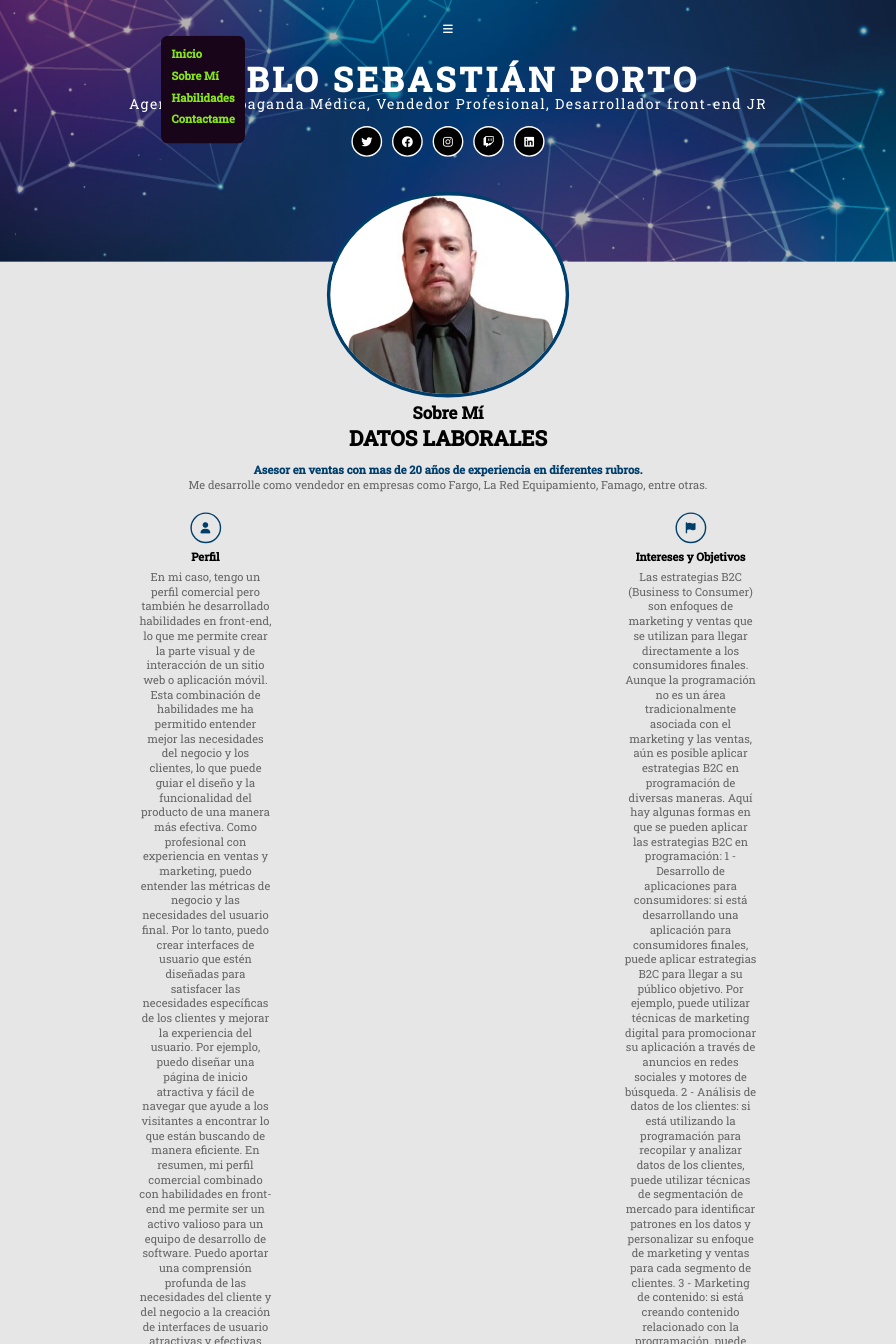
Repository: PabloSebastianPorto/Entrega-CV-1-ARG-PROG
Page: CVFINAL/CVfinal.HTML
These files come from the project's save history. The page is drawn as it stood at one moment and after the next save; the edit follows.
The browser window is 1280 px wide. The pictures show the part of the page from y = 0 to 1920 px (the page is 2924 px tall), at 70% of full size.
Some web libraries are served in a nearby version.

Above is the page before, as saved 2023-02-27 17:55:37.

### CVFINAL/CVfinal.HTML
<!DOCTYPE html>
<html lang="es">
  <head>
    <meta charset="UTF-8" />
    <meta http-equiv="X-UA-Compatible" content="IE=edge" />
    <meta name="viewport" content="width=device-width, initial-scale=1.0" />
    <title>Document</title>
    <link
      rel="stylesheet"
      href="https://cdnjs.cloudflare.com/ajax/libs/font-awesome/6.3.0/css/all.min.css"
      integrity="sha512-SzlrxWUlpfuzQ+pcUCosxcglQRNAq/DZjVsC0lE40xsADsfeQoEypE+enwcOiGjk/bSuGGKHEyjSoQ1zVisanQ=="
      crossorigin="anonymous"
      referrerpolicy="no-referrer"
    />
    <link rel="stylesheet" href="CVfinal.css" />
    <title>CV Pablo Sebastián Porto</title>
  </head>
  <body>
    <section class="inicio" id="inicio">
      <div class="contenido-seccion">
        <header>
          <div class="nav-clas"></div>
          <i class="fa-solid fa-bars"></i>
          <nav id="nav" class="nav">
            <a href="#Inicio">Inicio</a>
            <a href="#Sobre Mí">Sobre Mí</a>
            <a href="#Habilidades">Habilidades</a>
            <a href="#Contactame">Contactame</a>
          </nav>
        </header>
        <div class="info">
          <h1>PABLO SEBASTIÁN PORTO</h1>
          <h2>
            Agente de Propaganda Médica, Vendedor Profesional, Desarrollador
            front-end JR
          </h2>
          <div class="redes">
            <a href="#"><i class="fa-brands fa-twitter"></i></a>
            <a href="#"><i class="fa-brands fa-facebook"></i></a>
            <a href="#"><i class="fa-brands fa-instagram"></i></a>
            <a href="#"><i class="fa-brands fa-twitch"></i></a>
            <a href="#"><i class="fa-brands fa-linkedin"></i></a>
          </div>
        </div>
        <div class="foto">
          <img
            src="IMG/CVfoto.jpg"
            alt="Aca va una imagen, pero se la robaron"
          />
        </div>
      </div>
    </section>
    <section class="sobremi" id="sobremi">
      <div class="contenido-seccion">
        <h2 class="titulo-seccion">Sobre Mí</h2>
        <h3>Datos Laborales</h3>
        <p class="especial">
          Asesor en ventas con mas de 20 años de experiencia en diferentes
          rubros.
        </p>
        <p>
          Me desarrolle como vendedor en empresas como Fargo, La Red
          Equipamiento, Famago, entre otras.
        </p>
        <div class="fila">
          <div class="col">
            <i class="fa-solid fa-user"></i>
            <span class="titulo-detalle">Perfil</span>
            <p>
              En mi caso, tengo un perfil comercial pero también he desarrollado
              habilidades en front-end, lo que me permite crear la parte visual
              y de interacción de un sitio web o aplicación móvil. Esta
              combinación de habilidades me ha permitido entender mejor las
              necesidades del negocio y los clientes, lo que puede guiar el
              diseño y la funcionalidad del producto de una manera más efectiva.
              Como profesional con experiencia en ventas y marketing, puedo
              entender las métricas de negocio y las necesidades del usuario
              final. Por lo tanto, puedo crear interfaces de usuario que estén
              diseñadas para satisfacer las necesidades específicas de los
              clientes y mejorar la experiencia del usuario. Por ejemplo, puedo
              diseñar una página de inicio atractiva y fácil de navegar que
              ayude a los visitantes a encontrar lo que están buscando de manera
              eficiente. En resumen, mi perfil comercial combinado con
              habilidades en front-end me permite ser un activo valioso para un
              equipo de desarrollo de software. Puedo aportar una comprensión
              profunda de las necesidades del cliente y del negocio a la
              creación de interfaces de usuario atractivas y efectivas que
              satisfagan los objetivos comerciales y las necesidades de los
              usuarios finales.
            </p>
          </div>
          <div class="col">
            <i class="fa-solid fa-flag"></i>
            <span class="titulo-detalle">Intereses y Objetivos</span>
            <p>
              Las estrategias B2C (Business to Consumer) son enfoques de
              marketing y ventas que se utilizan para llegar directamente a los
              consumidores finales. Aunque la programación no es un área
              tradicionalmente asociada con el marketing y las ventas, aún es
              posible aplicar estrategias B2C en programación de diversas
              maneras. Aquí hay algunas formas en que se pueden aplicar las
              estrategias B2C en programación: 1 - Desarrollo de aplicaciones
              para consumidores: si está desarrollando una aplicación para
              consumidores finales, puede aplicar estrategias B2C para llegar a
              su público objetivo. Por ejemplo, puede utilizar técnicas de
              marketing digital para promocionar su aplicación a través de
              anuncios en redes sociales y motores de búsqueda. 2 - Análisis de
              datos de los clientes: si está utilizando la programación para
              recopilar y analizar datos de los clientes, puede utilizar
              técnicas de segmentación de mercado para identificar patrones en
              los datos y personalizar su enfoque de marketing y ventas para
              cada segmento de clientes. 3 - Marketing de contenido: si está
              creando contenido relacionado con la programación, puede aplicar
              estrategias B2C para llegar a su audiencia objetivo. Por ejemplo,
              puede utilizar técnicas de SEO para optimizar su contenido para
              los motores de búsqueda y atraer a más consumidores finales. 4 -
              Comunicación directa con los clientes: si está desarrollando
              software o aplicaciones para empresas que luego serán utilizadas
              por consumidores finales, puede aplicar estrategias B2C para
              mejorar la comunicación directa con los clientes. Por ejemplo,
              puede utilizar herramientas de chat en vivo para permitir que los
              clientes se comuniquen directamente con su equipo de soporte
              técnico. En resumen, aunque la programación no está directamente
              relacionada con el marketing y las ventas, aún es posible aplicar
              estrategias B2C en programación para llegar a los consumidores
              finales de diversas maneras.
            </p>
          </div>
        </div>
      </div>
    </section>
  </body>
</html>

### CVFINAL/CVfinal.css
@import url("https://fonts.googleapis.com/css2?family=Roboto+Slab:wght@100;200;300;400;500&display=swap");
* {
  font-family: "Roboto Slab", serif;
  margin: 0;
  padding: 0;
}
html {
  scroll-behavior: smooth;
}
.inicio {
  background: linear-gradient(rgba(0, 0, 0, 0.3), rgba(0, 0, 0, 0.3)),
    url(IMG/imagen-fondo.jpg);
  background-size: cover;
  background-position: center center;
  color: #ffffff;
}
.inicio .contenido-seccion {
  max-width: 1000px;
  margin: auto;
  text-align: center;
  padding: 0 10px;
}
.inicio .contenido-seccion header {
  padding: 30px;
}
.inicio .contenido-seccion header nav {
  position: fixed;
  margin-left: 60px;
  background-color: #18051a;
  padding: 15px;
  border-radius: 10px;
  text-align: left;
  z-index: 99;
}
.inicio .contenido-seccion header nav a {
  display: block;
  color: #86e41b;
  text-decoration: none;
  margin-bottom: 10px;
  font-weight: bold;
}
.inicio .contenido-seccion header .nav-bar {
  position: fixed;
  background-color: #940253;
  font-size: 20px;
  width: 50px;
  height: 50px;
  border-radius: 50%;
  line-height: 50px;
  cursor: pointer;
  transition: 0.3s;
}
.inicio .contenido-seccion header .nav-bar:hover {
  box-shadow: 0 0 35px #fff;
}
.inicio .contenido-seccion .info {
  padding-bottom: 130px;
}
.inicio .contenido-seccion .info h1 {
  font-size: 3rem;
  letter-spacing: 5px;
}
.inicio .contenido-seccion .info h2 {
  font-weight: normal;
  font-size: 20px;
  margin-top: -10px;
  letter-spacing: 2px;
}
.inicio .contenido-seccion .info .redes {
  margin: 20px 0;
}
.inicio .contenido-seccion .info .redes a {
  display: inline-block;
  text-decoration: none;
  background-color: #000;
  color: #ffffff;
  border: 2px solid #ffffff;
  border-radius: 50%;
  width: 40px;
  height: 40px;
  line-height: 40px;
  margin: 0 5px;
  transition: 0.3s;
}
.inicio .contenido-seccion .info .redes a:hover {
  color: #fff;
  background-color: #003e6c;
  box-shadow: 0 0 20px #fff;
}
.inicio .contenido-seccion .foto {
  position: relative;
}
.inicio .contenido-seccion .foto img {
  max-width: 350px;
  max-height: 350px;
  border-radius: 50%;
  border: 5px solid #003e6c;
  position: absolute;
  left: 50%;
  top: -100px;
  transform: translateX(-50%);
}
.sobremi {
  background-color: #e6e6e6;
  padding: 200px 0 200px 0;
  text-align: center;
}
.sobremi .contenido-seccion {
  max-width: 3000px;
  margin: auto;
  padding: 0 10px;
}
.sobremi .contenido-seccion h3 {
  text-transform: uppercase;
  font-size: 30px;
}
.sobremi .contenido-seccion .especial {
  color: #003e6c;
  font-weight: bold;
  margin-top: 15px;
}
.sobremi .contenido-seccion p {
  max-width: 1000px;
  margin: auto;
  color: #666;
  padding-left: 5cm;
  padding-right: 5cm;
}
.sobremi .contenido-seccion .fila {
  display: flex;
  margin-top: 30px;
  justify-content: space-between;
}
.sobremi .contenido-seccion .fila .col {
  width: 45%;
}
.sobremi .contenido-seccion .fila .col i {
  color: #003e6c;
  display: inline-block;
  width: 40px;
  height: 40px;
  border: 2px solid #003e6c;
  line-height: 40px;
  border-radius: 50%;
}
.sobremi .contenido-seccion .fila .col span {
  display: block;
  font-weight: bold;
  margin: 8px 0;
}

After the next save:
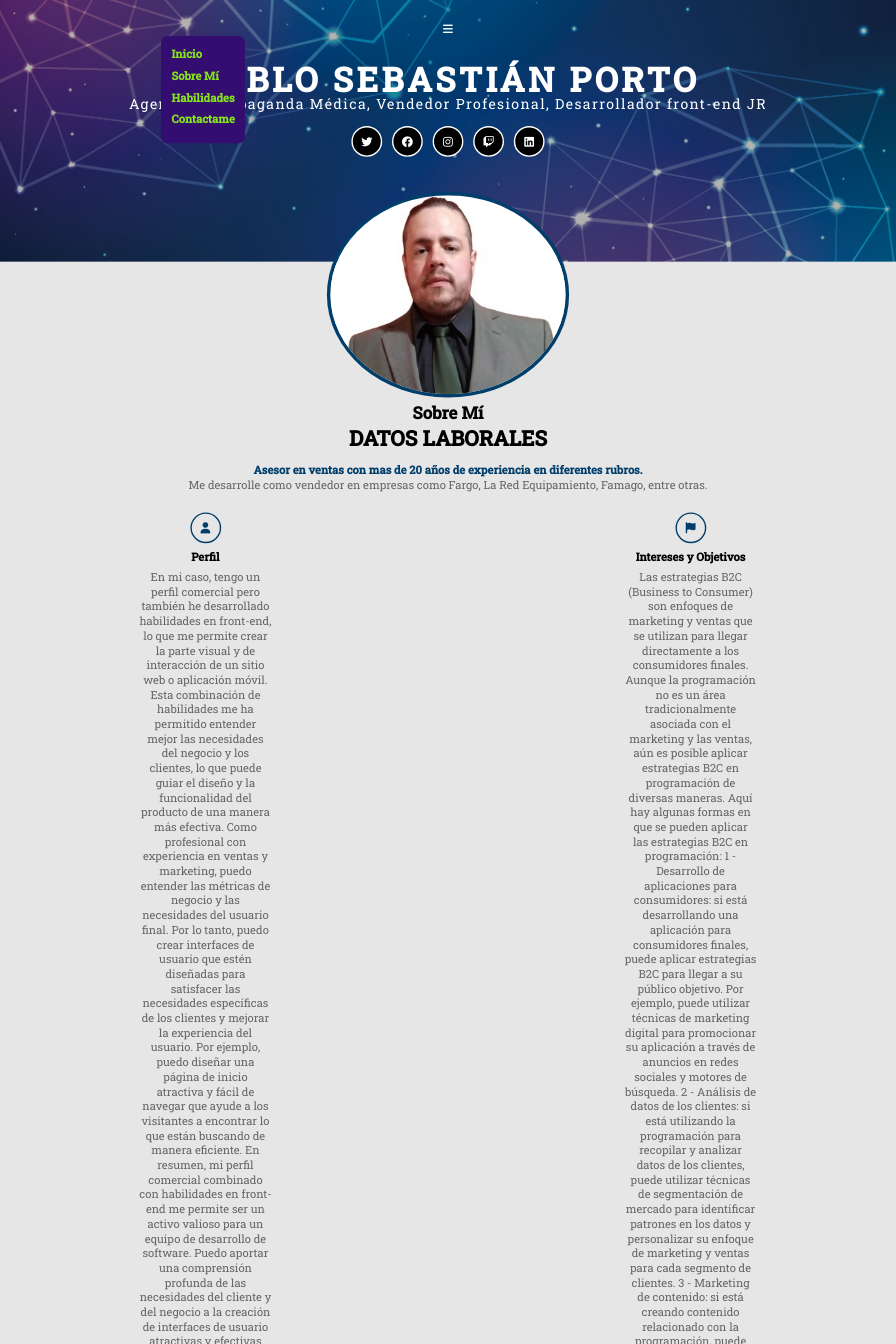
Saved 34 s later.
--- a/CVFINAL/CVfinal.css
+++ b/CVFINAL/CVfinal.css
@@ -26,7 +26,7 @@ html {
 .inicio .contenido-seccion header nav {
   position: fixed;
   margin-left: 60px;
-  background-color: #18051a;
+  background-color: #330d70;
   padding: 15px;
   border-radius: 10px;
   text-align: left;
